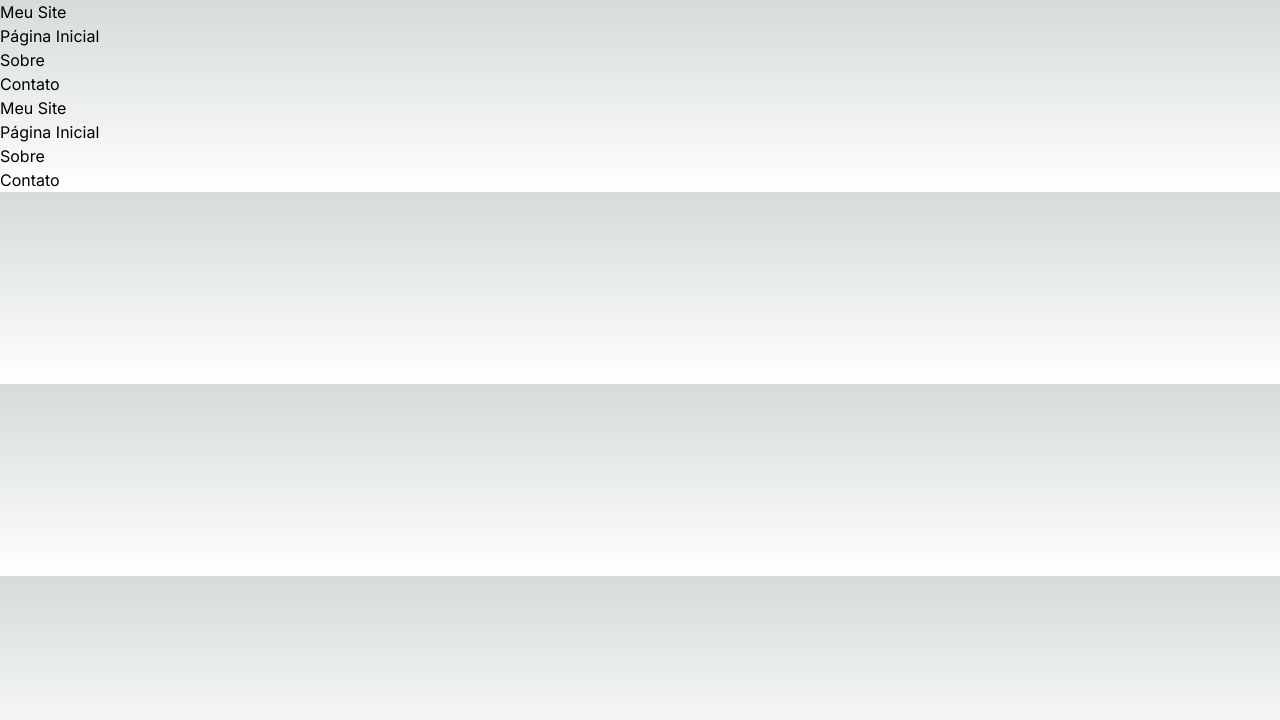
Repository: Deyvid-Kasteh/kasteh_portfolio
Page: /
These files come from the project's save history. The page is drawn as it stood at one moment and after a run of saves; the edit follows.
The browser window is 1280 px wide. The pictures show the whole page.
The project was rebuilt for these pictures with package versions that can differ from the ones it lists, and the page was loaded fresh each time. The framework's server and built-in components were replaced by stand-ins that run in the browser. Also part of the build but not shown: next.config.mjs.

Above is the page before, as saved 2024-03-24 00:37:46.

### src/app/page.tsx
export default function Home() {
  return (
    <>
      <header>
        <header>
          <h1>Meu Site</h1>
          <nav>
            <ul>
              <li>
                <a href="#">Página Inicial</a>
              </li>
              <li>
                <a href="#">Sobre</a>
              </li>
              <li>
                <a href="#">Contato</a>
              </li>
            </ul>
          </nav>
        </header>
        <header>
          <h1>Meu Site</h1>
          <nav>
            <ul>
              <li>
                <a href="#">Página Inicial</a>
              </li>
              <li>
                <a href="#">Sobre</a>
              </li>
              <li>
                <a href="#">Contato</a>
              </li>
            </ul>
          </nav>
        </header>
      </header>

      <nav></nav>

      <main></main>

      <footer></footer>
    </>
    // <main className="bg-neutral-200 flex min-h-screen flex-col items-center justify-between p-24">

    // </main>
  );
}

Loaded but not shown: src/app/layout.tsx (common file); src/app/globals.css (common file); tailwind.config.ts (common file)

After the next 6 saves:
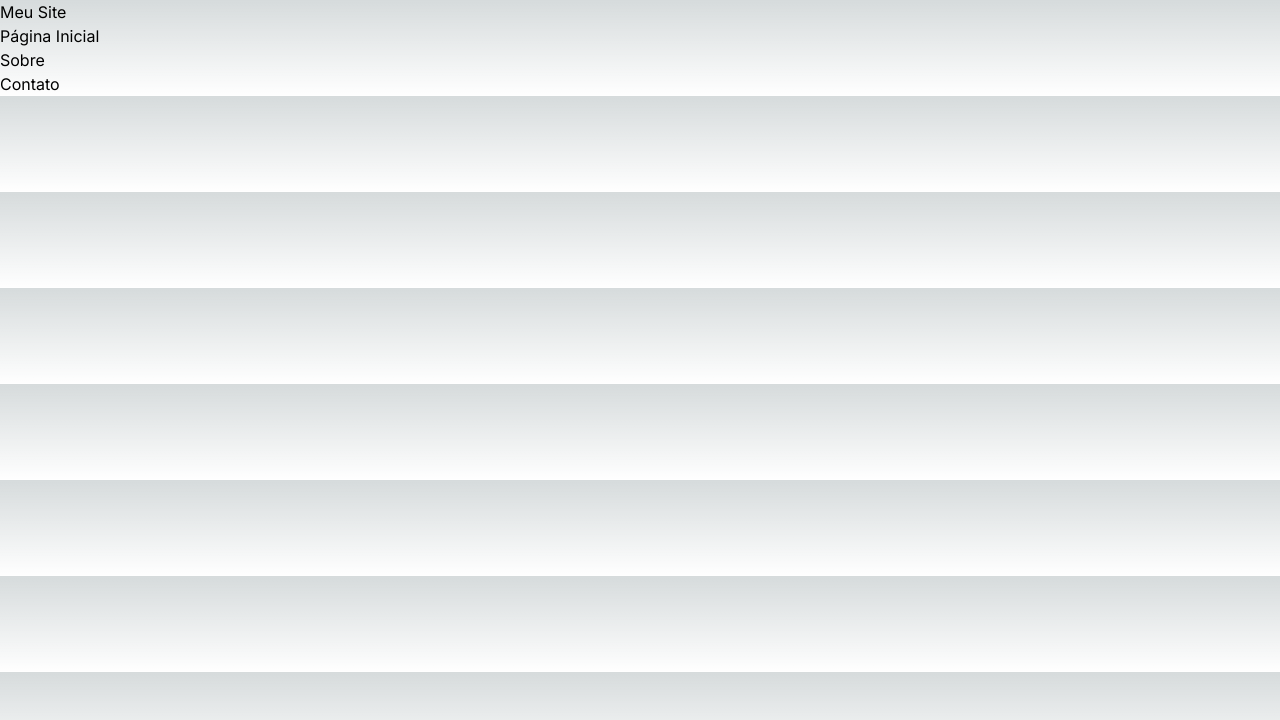
The 6 saves are shown as one change because they came seconds apart.
The last was saved 22 s later.
--- a/src/app/page.tsx
+++ b/src/app/page.tsx
@@ -1,7 +1,6 @@
 export default function Home() {
   return (
     <>
-      <header>
         <header>
           <h1>Meu Site</h1>
           <nav>
@@ -18,26 +17,6 @@ export default function Home() {
             </ul>
           </nav>
         </header>
-        <header>
-          <h1>Meu Site</h1>
-          <nav>
-            <ul>
-              <li>
-                <a href="#">Página Inicial</a>
-              </li>
-              <li>
-                <a href="#">Sobre</a>
-              </li>
-              <li>
-                <a href="#">Contato</a>
-              </li>
-            </ul>
-          </nav>
-        </header>
-      </header>
-
-      <nav></nav>
-
       <main></main>
 
       <footer></footer>
